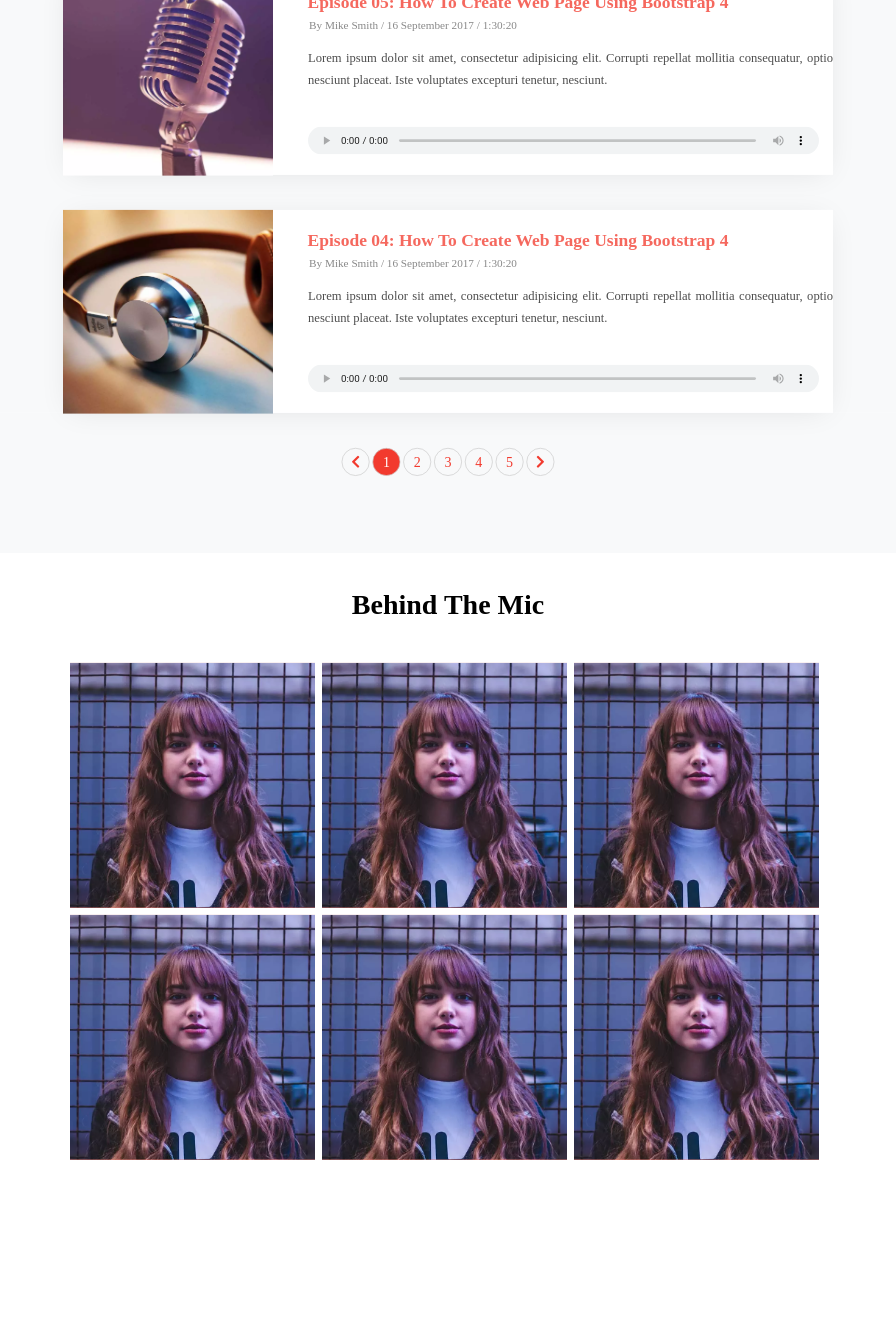
Repository: nhutduy0803/template2
Page: index.html
The author's editor kept a copy of each file at every save. The page is drawn from the files as they stood at one save, then again after the next save.
The browser window is 1280 px wide. The pictures show the part of the page from y = 2077 to 3997 px (the page is 3997 px tall), at 70% of full size.

Above is the page before, as saved 2021-12-09 13:33:03.

### index.html
<!DOCTYPE html>
<html lang="en">
  <head>
    <meta charset="UTF-8" />
    <meta http-equiv="X-UA-Compatible" content="IE=edge" />
    <meta name="viewport" content="width=device-width, initial-scale=1.0" />
    <link rel="stylesheet" href="./assets/css/style.css" />
    <link
      rel="stylesheet"
      href="./assets/css/font/fontawesome-free-5.15.4-web/css/all.min.css"
    />
    <title>Document</title>
  </head>
  <body>
    <script src="./main.js"></script>
    <div class="slider">
      <h2>Podca</h2>
      <img
        src="./assets/css/img/xhero_bg_1.jpg.pagespeed.ic.EJCcE-mhd6.webp"
        alt=""
      />
      <h3>Episode 09: How To Create Web Page Using Bootstrap 4</h3>
      <span>By Mike Smith | 16 September 2017 | 1:30:20</span>
      <div class="subslider">READ THE TRANSCRIPT</div>
      <div class="menu" onclick="openmenu()">
        <i class="fas fa-bars"></i>
      </div>
      <div class="sub-menu">
        <i class="fas fa-times" onclick="closemenu()"></i>
        <div class="home-menu">
          <p>Home</p>
          <i onclick="subhome()" class="fas fa-caret-down"></i>

          <div class="sub-home">
            <li>Menu One</li>
            <li>Menu Two</li>
            <li>Menu Three</li>
            <li>Sub Menu</li>
          </div>
          <div class="drop-down">
            <p>DropDown</p>
            <i onclick="subdropdown() " class="fas fa-caret-down"></i>
            <div class="sub-dropdown">
              <li>Menu One</li>
              <li>Menu two</li>
              <li>Menu three</li>
            </div>
          </div>

          <p>About</p>
          <p>Contact</p>
        </div>
      </div>
    </div>
    <div class="audio">
      <audio class="audio-one" controls>
        <source src="" type="audio/ogg" />
        <source src="" type="audio/mpeg" />
      </audio>
    </div>
    <div class="RecentPodcasts">
      <h2>Recent Podcasts</h2>
      <div class="container">
        <div class="img-pod">
          <img src="./assets/css/img/pod1.webp" alt="" />
        </div>
        <div class="content-pod">
          <h3>Episode 08: How To Create Web Page Using Bootstrap 4</h3>
          <span>By Mike Smith / 16 September 2017 / 1:30:20</span>
          <p>
            Lorem ipsum dolor sit amet, consectetur adipisicing elit. Corrupti
            repellat mollitia consequatur, optio nesciunt placeat. Iste
            voluptates excepturi tenetur, nesciunt.
          </p>
          <audio class="audiopod" controls>
            <source src="" type="audio/mpeg" />
          </audio>
        </div>
      </div>
      <div class="container">
        <div class="img-pod">
          <img src="./assets/css/img/pod2.webp" alt="" />
        </div>
        <div class="content-pod">
          <h3>Episode 07: How To Create Web Page Using Bootstrap 4</h3>
          <span>By Mike Smith / 16 September 2017 / 1:30:20</span>
          <p>
            Lorem ipsum dolor sit amet, consectetur adipisicing elit. Corrupti
            repellat mollitia consequatur, optio nesciunt placeat. Iste
            voluptates excepturi tenetur, nesciunt.
          </p>
          <audio class="audiopod" controls>
            <source src="" type="audio/mpeg" />
          </audio>
        </div>
      </div>
      <div class="container">
        <div class="img-pod">
          <img src="./assets/css/img/pod3.webp" alt="" />
        </div>
        <div class="content-pod">
          <h3>Episode 06: How To Create Web Page Using Bootstrap 4</h3>
          <span>By Mike Smith / 16 September 2017 / 1:30:20</span>
          <p>
            Lorem ipsum dolor sit amet, consectetur adipisicing elit. Corrupti
            repellat mollitia consequatur, optio nesciunt placeat. Iste
            voluptates excepturi tenetur, nesciunt.
          </p>
          <audio class="audiopod" controls>
            <source src="" type="audio/mpeg" />
          </audio>
        </div>
      </div>
      <div class="container">
        <div class="img-pod">
          <img src="./assets/css/img/pod4.webp" alt="" />
        </div>
        <div class="content-pod">
          <h3>Episode 05: How To Create Web Page Using Bootstrap 4</h3>
          <span>By Mike Smith / 16 September 2017 / 1:30:20</span>
          <p>
            Lorem ipsum dolor sit amet, consectetur adipisicing elit. Corrupti
            repellat mollitia consequatur, optio nesciunt placeat. Iste
            voluptates excepturi tenetur, nesciunt.
          </p>
          <audio class="audiopod" controls>
            <source src="" type="audio/mpeg" />
          </audio>
        </div>
      </div>
      <div class="container">
        <div class="img-pod">
          <img src="./assets/css/img/pod5.webp" alt="" />
        </div>
        <div class="content-pod">
          <h3>Episode 04: How To Create Web Page Using Bootstrap 4</h3>
          <span>By Mike Smith / 16 September 2017 / 1:30:20</span>
          <p>
            Lorem ipsum dolor sit amet, consectetur adipisicing elit. Corrupti
            repellat mollitia consequatur, optio nesciunt placeat. Iste
            voluptates excepturi tenetur, nesciunt.
          </p>
          <audio class="audiopod" controls>
            <source src="" type="audio/mpeg" />
          </audio>
        </div>
      </div>
    </div>
    <div class="list-pod">
      <li><i class="fas fa-chevron-left"></i></li>
      <li>1</li>
      <li>2</li>
      <li>3</li>
      <li>4</li>
      <li>5</li>
      <li><i class="fas fa-chevron-right"></i></li>
    </div>
    <div class="BehindTheMic">
      <h2>Behind The Mic</h2>
      <div class="container-behind">
        <div class="picture-behind">
          <img src="./assets/css/img/behind1.webp" alt="" />
        </div>
      </div>
      <div class="container-behind">
        <div class="picture-behind">
          <img src="./assets/css/img/behind1.webp" alt="" />
        </div>
      </div>
      <div class="container-behind">
        <div class="picture-behind">
          <img src="./assets/css/img/behind1.webp" alt="" />
        </div>
      </div>
      <div class="container-behind">
        <div class="picture-behind">
          <img src="./assets/css/img/behind1.webp" alt="" />
        </div>
      </div>
      <div class="container-behind">
        <div class="picture-behind">
          <img src="./assets/css/img/behind1.webp" alt="" />
        </div>
      </div>
      <div class="container-behind">
        <div class="picture-behind">
          <img src="./assets/css/img/behind1.webp" alt="" />
        </div>
      </div>
    </div>
  </body>
</html>

### assets/css/style.css
* {
  margin: 0;
  padding: 0;
  box-sizing: border-box;
}

.slider {
  width: 100%;
  height: 100vh;
  position: relative;
}

.slider::before {
  content: " ";
  position: absolute;
  top: 0;
  left: 0;
  right: 0;
  bottom: 0;
  background-color: rgba(0, 0, 0, 0.4);
}

.slider img {
  width: 100%;
  height: 100%;
}

.slider h2 {
  position: absolute;
  top: 50px;
  left: 50px;
  color: #fff;
  font-size: 40px;
}
.menu {
  position: absolute;
  right: 50px;
  top: 50px;
  font-size: 30px;
  color: #fff;
}

.slider h3 {
  text-align: center;
  position: absolute;
  transform: translate(-50%);
  top: 30%;
  left: 50%;
  color: #fff;
  font-size: 40px;
  line-height: 1.6;
  font-size: 50px;
}

.slider span {
  position: absolute;
  top: 58%;
  left: 50%;
  transform: translate(-50%);
  color: #ffffff80;
}

.subslider {
  width: 250px;
  background-color: #f23a2e;
  display: flex;
  justify-content: center;
  align-items: center;
  color: #fff;
  font-size: 15px;
  letter-spacing: 2px;
  height: 60px;
  position: absolute;
  top: 65%;
  left: 50%;
  transform: translate(-50%);
  transition: 0.3s;
  border-radius: 5px;
}

.subslider:hover {
  position: absolute;
  top: 64%;
  box-shadow: 0 5px 20px -7px rgba(0, 0, 0, 0.9);
  transition: 0.3s;
}

.sub-menu {
  width: 300px;
  background-color: #fff;
  position: absolute;
  right: -300px;
  top: 0;
  height: 100vh;
  position: fixed;
  transition: 0.3s;
  box-shadow: 0 0 10px rgba(0, 0, 0, 0.4);
}

.sub-menu.openmenu {
  transition: 0.3s;
  right: 0;
}

.sub-menu .fas {
  position: absolute;
  font-size: 25px;
  right: 15px;
  top: 15px;
  transition: 0.2s;
}

.sub-menu .fas:hover {
  transition: 0.2s;
  color: rgb(104, 103, 103);
}

.home-menu {
  margin-top: 100px;
  font-size: 20px;
  margin-left: 15%;
}

.home-menu p {
  margin-bottom: 30px;
  color: #212529;
  transition: 0.3s;
}

.home-menu p:nth-child(2) {
  width: 100%;
  background-color: #fff;
  height: 200px;
}

.home-menu p:hover {
  transition: 0.3s;
  color: #f00;
}

.fa-caret-down {
  margin-top: 85px;
  margin-right: 20px;
}

.drop-down {
  position: relative;
}

.drop-down .fa-caret-down {
  position: absolute;
  top: -85px;
}
.sub-home {
  margin-top: -20px;
  width: 200px;
  height: 0px;
  background-color: #fff;
  visibility: hidden;
  transition: 0.5s;
  opacity: 0;
  margin-bottom: 20px;
}

.sub-home.opensubhome {
  height: 170px;
  visibility: inherit;
  transition: 0.5s;
  opacity: 1;
}

.sub-home li {
  padding: 10px 0px;
  font-weight: 300;
  margin-left: 30px;
  font-size: 17px;
  list-style-type: none;
  /* transition: 0.3s; */
}

.sub-home li:hover {
  transition: 0.3s;
  color: #f00;
}

.sub-dropdown {
  margin-top: -20px;
  background-color: #fff;
  height: 0px;
  width: 200px;
  visibility: hidden;
  transition: 0.3s;
  opacity: 0;
  margin-bottom: 20px;
}

.sub-dropdown li {
  padding-top: 22.5px;
  margin-left: 30px;
  font-weight: 300;
  font-size: 17px;
  list-style-type: none;
  transition: 0.3s;
}

.sub-dropdown li:hover {
  transition: 0.3s;
  color: #f00;
}

.sub-dropdown.opensubdropdown {
  opacity: 1;
  visibility: inherit;
  transition: 0.3s;
  height: 150px;
}

.audio {
  display: flex;
  justify-content: center;
  align-items: center;
  width: 100%;
  background-color: #f8f9fa;
  height: 200px;
}

.audio-one {
  width: 750px;
  height: 40px;
}

.RecentPodcasts {
  background: #f8f9fa;
  height: auto;
  width: 100%;
  text-align: center;
}

.RecentPodcasts h2 {
  font-size: 40px;
  margin-bottom: 50px;
}

.container {
  width: 1100px;
  height: 290px;
  position: relative;
  margin: auto;
  box-shadow: 0 5px 40px -10px rgb(0 0 0 / 10%);
  margin-top: 50px;
}

.img-pod {
  position: absolute;
  top: 0;
  left: 0;
  height: 290px;
  width: 300px;
}

.img-pod img {
  width: 100%;
  height: 100%j;
}

.content-pod {
  padding-top: 30px;
  background: #fff;
  height: 100%;
}

.content-pod h3 {
  font-size: 25px;
  margin-left: 200px;
  color: #f23b2ec4;
  margin-bottom: 10px;
}

.content-pod span {
  margin-left: -100px;
  color: #888;
}

.content-pod p {
  line-height: 1.8;
  margin-top: 20px;
  text-align: justify;
  margin-left: 350px;
  font-size: 18px;
  color: #4d4d4d;
  font-weight: 300;
}

.audiopod {
  margin-top: 50px;
  width: 730px;
  height: 40px;
  margin-left: 330px;
}

.list-pod {
  background: #f8f9fa;
  height: 200px;
  width: 100%;
  text-align: center;
}

.list-pod li {
  padding-top: 7.5px;
  margin-top: 50px;
  list-style-type: none;
  border-radius: 50%;
  height: 40px;
  width: 40px;
  border: 1px solid #ccc;
  display: inline-block;
  color: #f23a2e;
  font-size: 20px;
}

.list-pod li:nth-child(2) {
  font-size: 20px;
  color: #fff;
  background: #f23a2e;
}

.BehindTheMic {
  width: 100%;
  height: 150vh;
  background: #fff;
  text-align: center;
}

.BehindTheMic h2 {
  margin-top: 50px;
  font-size: 40px;
  margin-bottom: 50px;
}

.container-behind {
  margin: auto;
  width: 1100px;
}

.picture-behind {
  margin-left: 10px;
  float: left;
  width: 350px;
  height: 350px;
  overflow: hidden;
  margin-top: 10px;
  position: relative;
}

.picture-behind img {
  width: 100%;
  height: 100%;
  transition: 0.3s;
  position: relative;
}

.picture-behind:hover .picture-behind::before {
  transition: 0.5s;
  opacity: 0.6;
}

.picture-behind::before {
  position: absolute;
  width: 100%;
  height: 100%;
  /* top: 0;
  left: 0;
  right: 0;
  bottom: 0; */
  background: #f23a2e;
  opacity: 1;
  content: " ";
  transition: 0.5s;
}

### main.js
function openmenu() {
  var openmenu = document.querySelector(".sub-menu");
  openmenu.classList.add("openmenu");
}

function closemenu() {
  var openmenu = document.querySelector(".sub-menu");
  openmenu.classList.remove("openmenu");
}

function subhome() {
  var opensubhome = document.querySelector(".sub-home");
  opensubhome.classList.toggle("opensubhome");
}

function subdropdown() {
  var subdropdown = document.querySelector(".sub-dropdown");
  subdropdown.classList.toggle("opensubdropdown");
}

Loaded but not shown: assets/css/font/fontawesome-free-5.15.4-web/css/all.min.css (library)

After the next save:
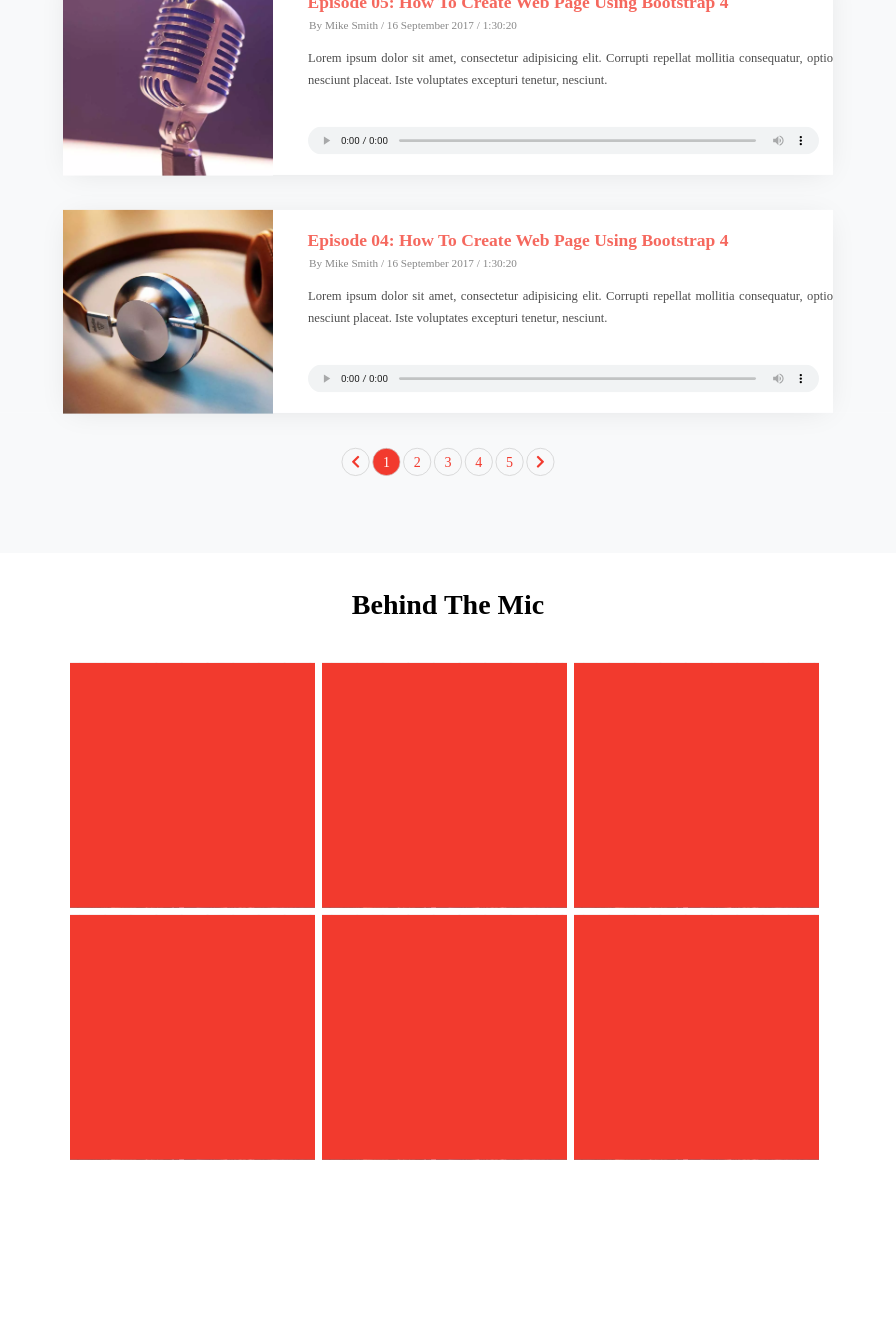
Saved 5 s later.
--- a/assets/css/style.css
+++ b/assets/css/style.css
@@ -376,4 +376,5 @@
   opacity: 1;
   content: " ";
   transition: 0.5s;
-}
+  z-index: 1;
+}
